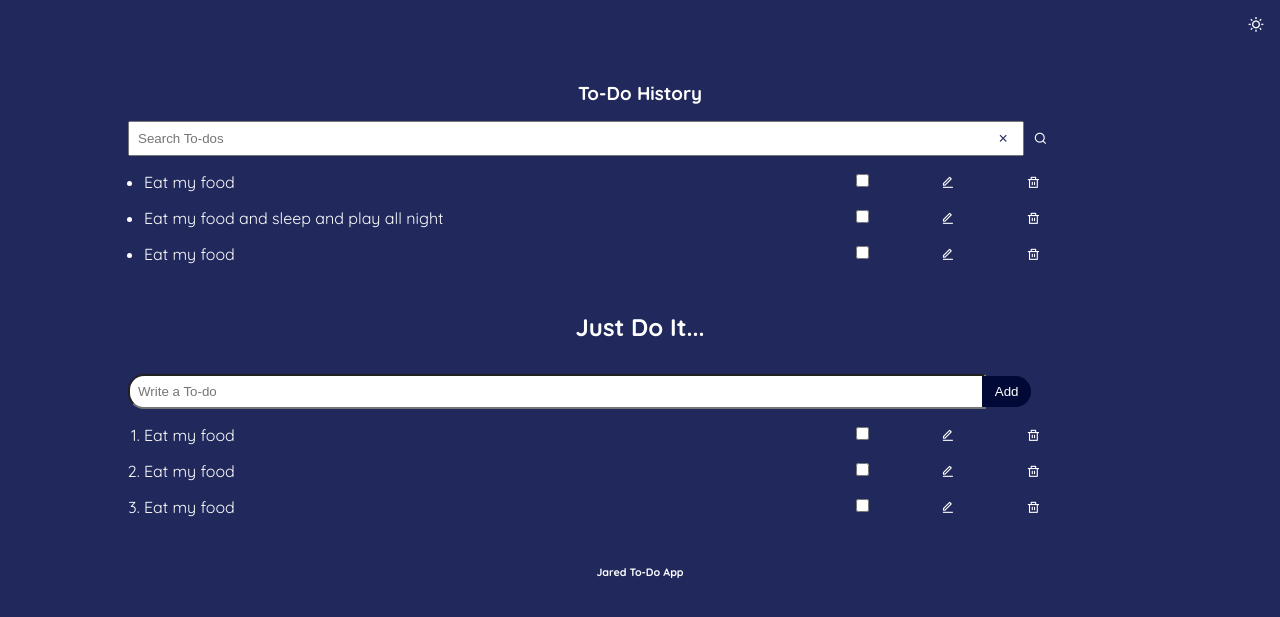
Repository: EguJaredoBoyd/Jared-ToDo-App
Page: main.html
The author's editor kept a copy of each file at every save. The page is drawn from the files as they stood at one save, then again after the next save.
The browser window is 1280 px wide. The pictures show the whole page.
Some web libraries are served in a nearby version.

Above is the page before, as saved 2025-12-24 16:55:10.
Not found: js/to-do.j

### main.html
<!DOCTYPE html>
<html lang="en">
  <head>
    <meta charset="UTF-8" />
    <meta name="viewport" content="width=device-width, initial-scale=1.0" />
    <title>Document</title>
    <link
      href="https://cdn.jsdelivr.net/npm/remixicon@4.7.0/fonts/remixicon.css"
      rel="stylesheet"
    />
    <link rel="preconnect" href="https://fonts.googleapis.com" />
    <link rel="preconnect" href="https://fonts.gstatic.com" crossorigin />
    <link
      href="https://fonts.googleapis.com/css2?family=Quicksand:wght@300..700&display=swap"
      rel="stylesheet"
    />
    <link rel="stylesheet" href="./css/main.css" />
    <script src="./js/to-do.j" defer></script>
  </head>

  <body>
    <div class="body__todo-wrapper">
      <header>
        <button><i class="ri-sun-line"></i></button>
      </header>

      <main>
        <section class="todo-history">
          <div>
            <h3>To-Do History</h3>
          </div>
          <div class="todo-history__icon">
            <div>
              <input type="text" placeholder="Search To-dos " />
              <button id="cancel-search-button">
                <i class="ri-close-line"></i>
              </button>
            </div>
            <button id="search-button"><i class="ri-search-line"></i></button>
          </div>
          <div>
            <ul>
              <div class="ul__list">
                <li>Eat my food</li>
                <button>
                  <input type="checkbox" name="checkbox" id="checkbox" />
                </button>
                <button><i class="ri-edit-line"></i></button>
                <button><i class="ri-delete-bin-line"></i></button>
              </div>
              <div class="ul__list">
                <li>Eat my food and sleep and play all night</li>
                <button>
                  <input type="checkbox" name="checkbox" id="checkbox" />
                </button>
                <button><i class="ri-edit-line"></i></button>
                <button><i class="ri-delete-bin-line"></i></button>
              </div>
              <div class="ul__list">
                <li>Eat my food</li>
                <button>
                  <input type="checkbox" name="checkbox" id="checkbox" />
                </button>
                <button>
                  <i class="ri-edit-line"></i>
                </button>
                <button>
                  <i class="ri-delete-bin-line"></i>
                </button>
              </div>
            </ul>
          </div>
        </section>

        <section class="todo-title">
          <div>
            <h2>Just Do It...</h2>
          </div>
        </section>

        <section class="todo-add-task">
          <div class="To-Do">
            <div class="To-Do__create">
              <input type="text" id="to-do" placeholder="Write a To-do" />
              <button id="add-task">Add</button>
            </div>

            <ol id="task-show" class="task-list">
              <div class="ol__list">
                <li>Eat my food</li>
                <button>
                  <input type="checkbox" name="checkbox" id="checkbox" />
                </button>
                <button><i class="ri-edit-line"></i></button>
                <button><i class="ri-delete-bin-line"></i></button>
              </div>
              <div class="ol__list">
                <li>Eat my food</li>
                <button>
                  <input type="checkbox" name="checkbox" id="checkbox" />
                </button>
                <button><i class="ri-edit-line"></i></button>
                <button><i class="ri-delete-bin-line"></i></button>
              </div>
              <div class="ol__list">
                <li>Eat my food</li>
                <button>
                  <input type="checkbox" name="checkbox" id="checkbox" />
                </button>
                <button><i class="ri-edit-line"></i></button>
                <button><i class="ri-delete-bin-line"></i></button>
              </div>
            </ol>
          </div>
        </section>
      </main>

      <footer>
        <div>
          <h6>Jared To-Do App</h6>
        </div>
      </footer>
    </div>
  </body>
</html>

### css/main.css
*,
*::before,
*::after {
  box-sizing: border-box;
  margin: 0;
  padding: 0;
}

:root {
  /* My project colours to use */
  --primary-color: #21295c;
  --secondary-color: #ffffff;

  /* My font size to use */
  --font-base: 16px;

  /* My spaces to use */
}

html {
  font-size: var(--font-base);
}

body {
  font-family: "Quicksand", sans-serif;
  max-width: 100%;
  width: 100vw;
  max-height: 100vh;
  background-color: var(--primary-color);
  color: var(--secondary-color);
}

button {
  border: none;
  background: none;
  color: var(--secondary-color);
}

.body__todo-wrapper header {
  display: flex;
  justify-content: end;
  align-items: center;
}

.body__todo-wrapper header button {
  padding: 1rem;
}

.body__todo-wrapper header button i {
  font-size: 1rem;
}

main {
  display: flex;
  flex-direction: column;
  align-items: center;
  gap: 2rem;
  margin: 2rem 0;
  max-width: 100vw;
}

.todo-history {
  width: 80vw;
  position: relative;
}

.todo-history div h3 {
  text-align: center;
  margin-bottom: 1rem;
}

.todo-history__icon {
  display: flex;
}

.todo-history__icon div input {
  width: 70vw;
  padding: 0.5rem;
}

#cancel-search-button {
  position: relative;
  right: 2rem;
}

#cancel-search-button i {
  color: var(--primary-color);
}

#search-button {
  margin-left: -1rem;
  padding: 0.5rem;
}

.ul__list {
  display: flex;
  justify-content: space-between;
  align-items: center;
  margin: 1rem;
  width: 70vw;
}

.ul__list li {
  width: 50vw;
  max-width: 50vw;
}

.todo-add-task {
  width: 80vw;
}

.To-Do__create {
  max-width: 100vw;
}

.To-Do__create input {
  width: 67vw;
  padding: 0.5rem;
  border-top-left-radius: 1rem;
  border-bottom-left-radius: 1rem;
}

.To-Do__create button {
  margin-left: -0.5rem;
  padding: 0.5rem 0.8rem;
  border-top-right-radius: 1rem;
  border-bottom-right-radius: 1rem;
  background-color: #010936;
}

.ol__list {
  display: flex;
  justify-content: space-between;
  align-items: center;
  margin: 1rem;
  width: 70vw;
}

.ol__list li {
  width: 50vw;
  max-width: 50vw;
}

footer div {
  text-align: center;
}

After the next save:
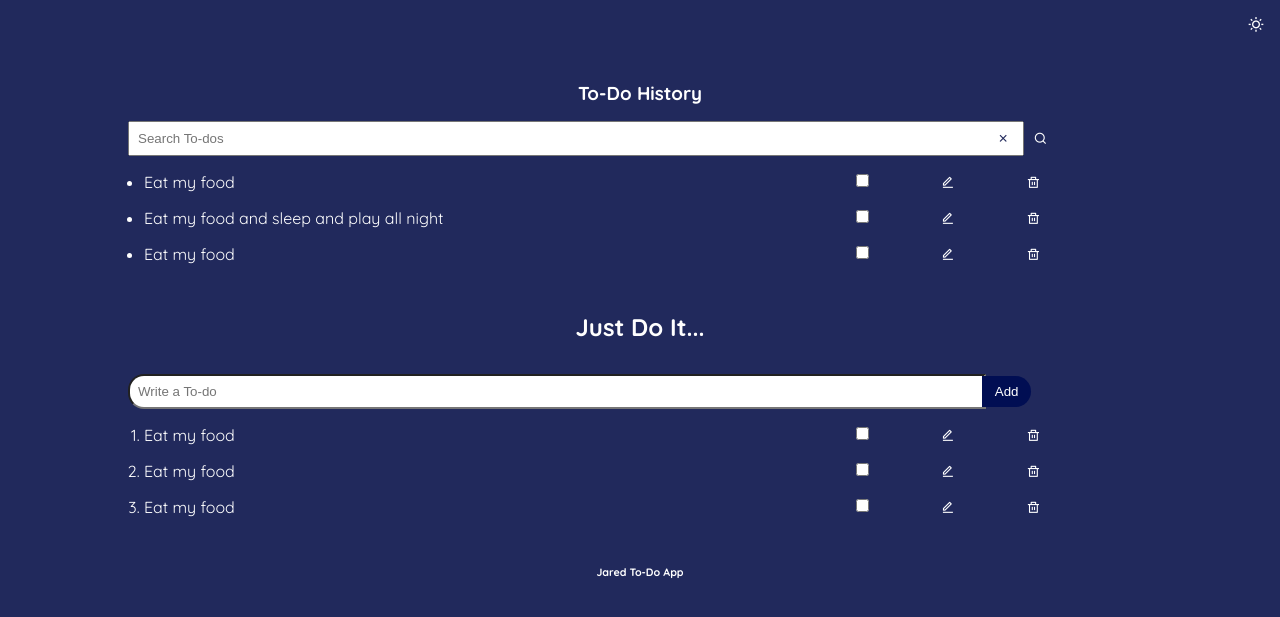
Saved 7 s later.
--- a/css/main.css
+++ b/css/main.css
@@ -125,7 +125,7 @@
   padding: 0.5rem 0.8rem;
   border-top-right-radius: 1rem;
   border-bottom-right-radius: 1rem;
-  background-color: #010936;
+  background-color: #010e53;
 }
 
 .ol__list {

After the save that followed:
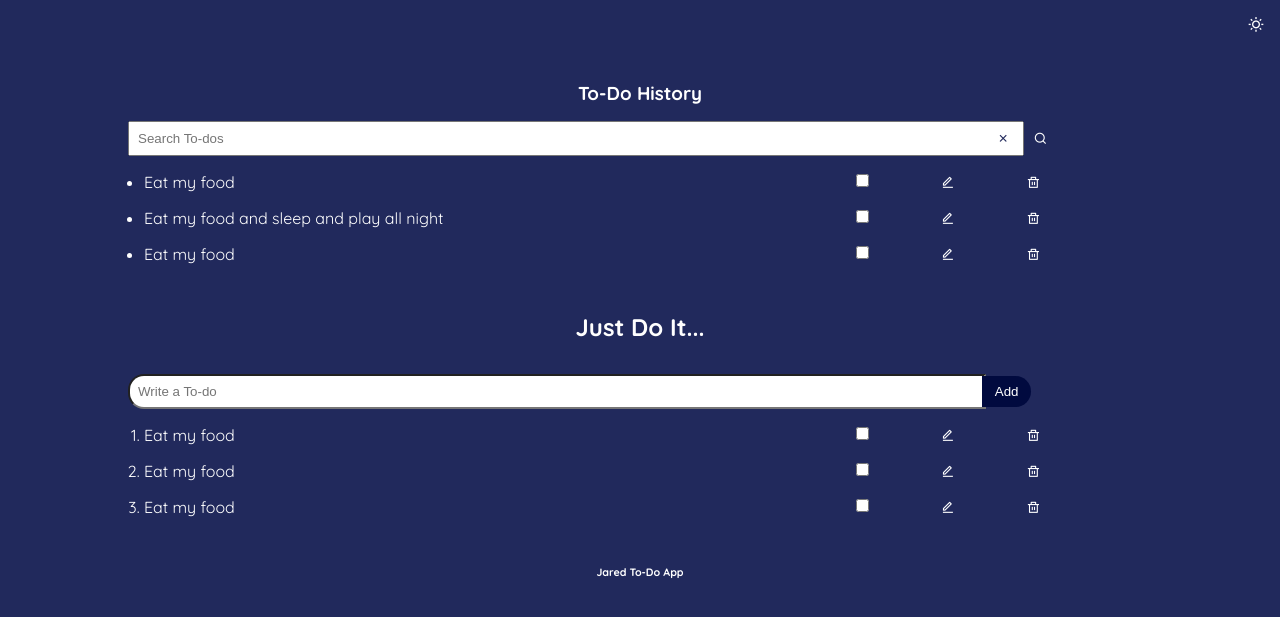
Saved 6 s later.
--- a/css/main.css
+++ b/css/main.css
@@ -125,7 +125,7 @@
   padding: 0.5rem 0.8rem;
   border-top-right-radius: 1rem;
   border-bottom-right-radius: 1rem;
-  background-color: #010e53;
+  background-color: #010a3f;
 }
 
 .ol__list {
